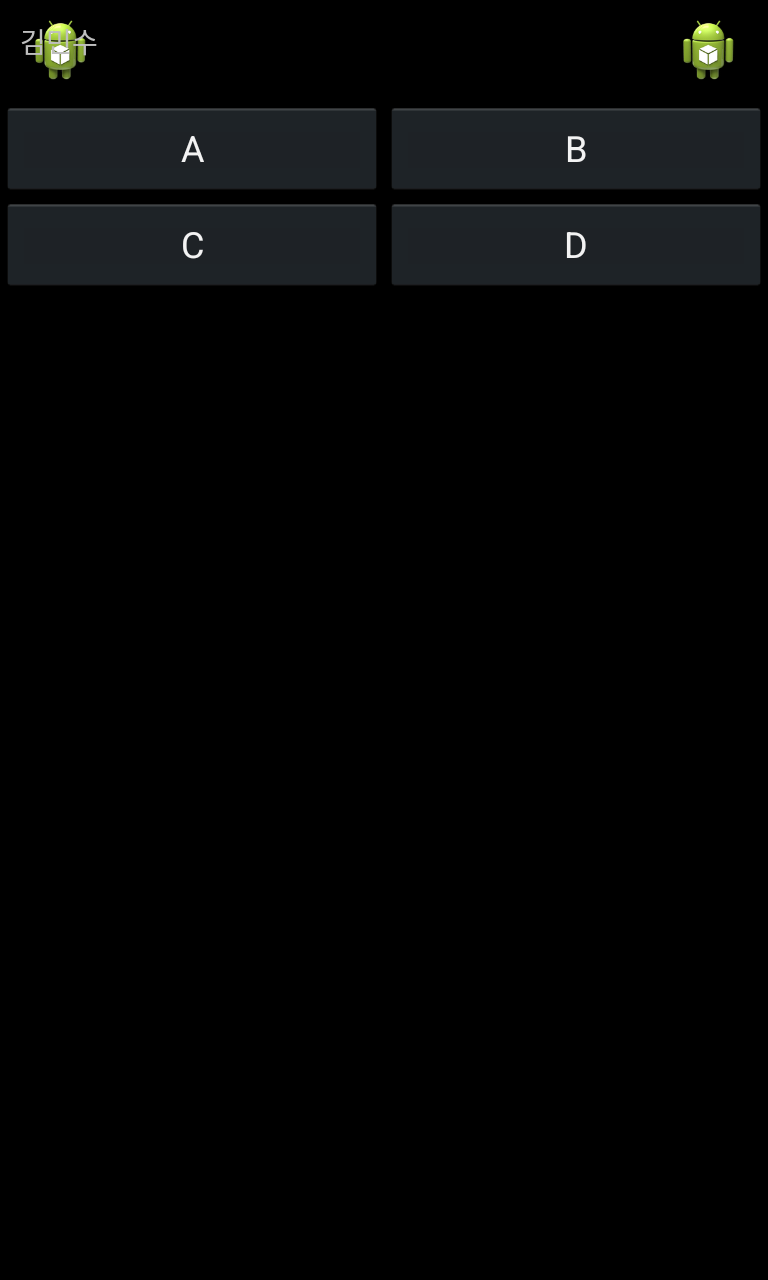
Repository: Minsu-Daniel-Kim/tipinboard1.0
Layout: TipinBoard1.0/res/layout/activity_main.xml
The author's editor kept a copy of each file at every save. The layout is drawn from the files as they stood at one save, then again after the next save.
It is drawn on a 768 x 1280 px phone screen (xhdpi) without system bars, with theme android:Theme.Holo; the app's code is not run.

Above is the layout before, as saved 2013-04-15 09:18:22.

After the next save:
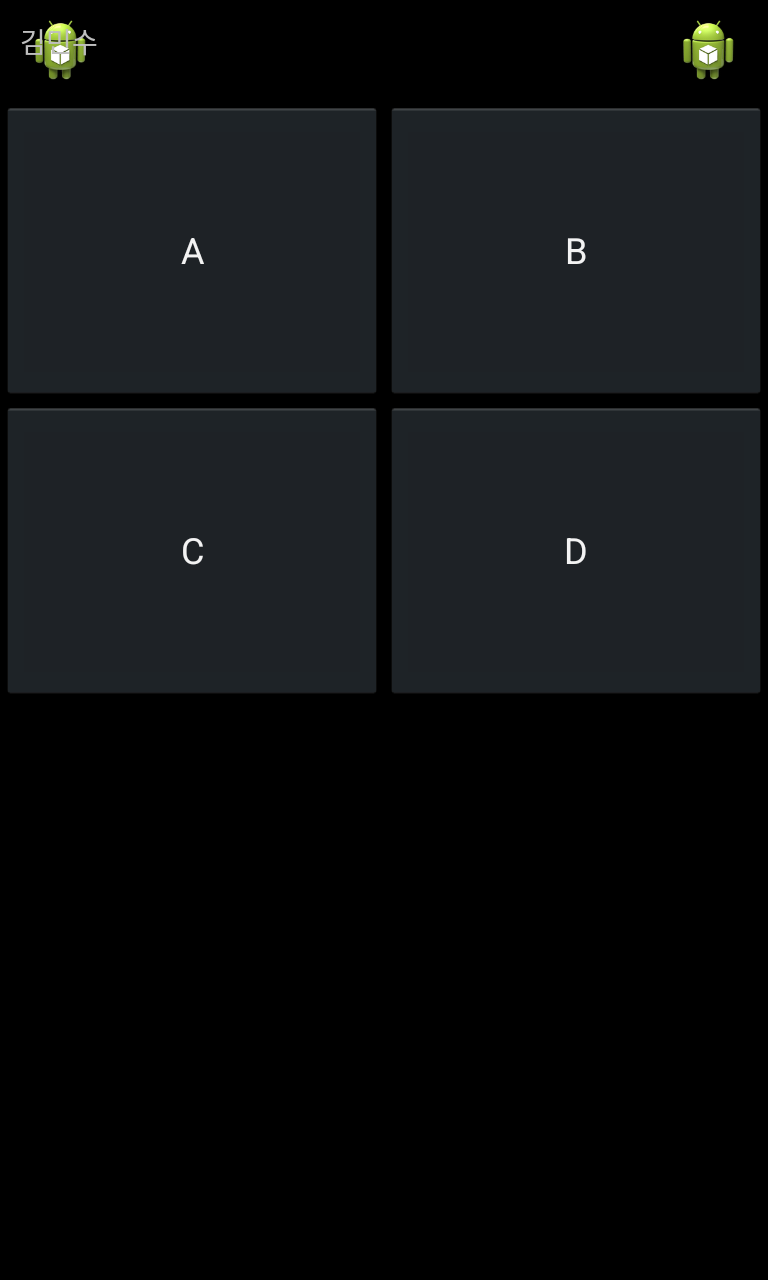
Saved 23 s later.
--- a/TipinBoard1.0/res/layout/activity_main.xml
+++ b/TipinBoard1.0/res/layout/activity_main.xml
@@ -46,14 +46,14 @@
         <Button
             android:id="@+id/button1"
             android:layout_width="0dp"
-            android:layout_height="wrap_content"
+            android:layout_height="150dp"
             android:layout_weight="1"
             android:text="A" />
 
         <Button
             android:id="@+id/button1"
             android:layout_width="0dp"
-            android:layout_height="wrap_content"
+            android:layout_height="150dp"
             android:layout_weight="1"
             android:text="B" />
     </LinearLayout>
@@ -67,14 +67,14 @@
         <Button
             android:id="@+id/button1"
             android:layout_width="0dp"
-            android:layout_height="wrap_content"
+            android:layout_height="150dp"
             android:layout_weight="1"
             android:text="C" />
 
         <Button
             android:id="@+id/button1"
             android:layout_width="0dp"
-            android:layout_height="wrap_content"
+            android:layout_height="150dp"
             android:layout_weight="1"
             android:text="D" />
     </LinearLayout>
